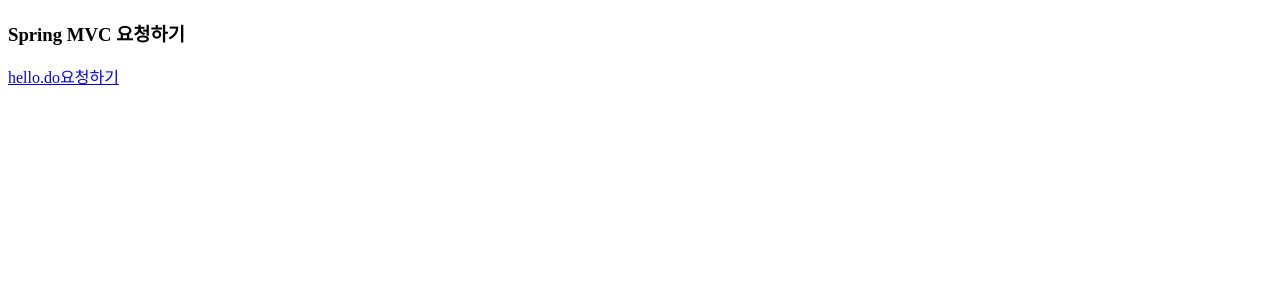
Repository: Ahn-Seung-ju/SpringLab
Page: http://localhost/SpringMVC_Basic01_Controller/
These files come from the project's save history. The page is drawn as it stood at one moment and after the next save; the edit follows.
The browser window is 1280 px wide. The pictures show the whole page.
The page is served by Tomcat 9. Other server files are loaded and not shown.

Above is the page before, as saved 2021-05-04 03:52:14.

### SpringMVC_Basic01_Controller/src/main/webapp/index.jsp
<%@ page language="java" contentType="text/html; charset=UTF-8"
    pageEncoding="UTF-8"%>
<!DOCTYPE html>
<html>
<head>
<meta charset="UTF-8">
<title>Insert title here</title>
</head>
<body>
	<h3>Spring MVC 요청하기</h3>
	<a href = "hello.do">hello.do요청하기</a>
</body>
</html>

After the next save:
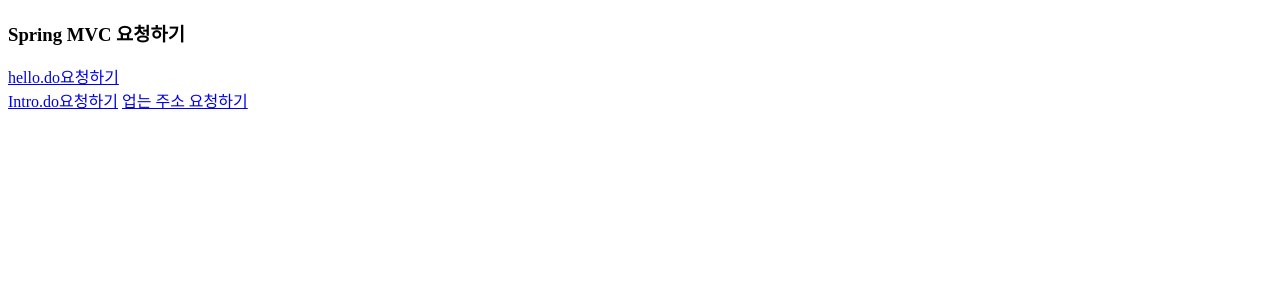
Saved 64 s later.
--- a/SpringMVC_Basic01_Controller/src/main/webapp/index.jsp
+++ b/SpringMVC_Basic01_Controller/src/main/webapp/index.jsp
@@ -8,6 +8,8 @@
 </head>
 <body>
 	<h3>Spring MVC 요청하기</h3>
-	<a href = "hello.do">hello.do요청하기</a>
+	<a href = "hello.do">hello.do요청하기</a><br>
+	<a href = "Intro.do">Intro.do요청하기</a>
+	<a href = "Index.action">업는 주소 요청하기</a>
 </body>
 </html>
